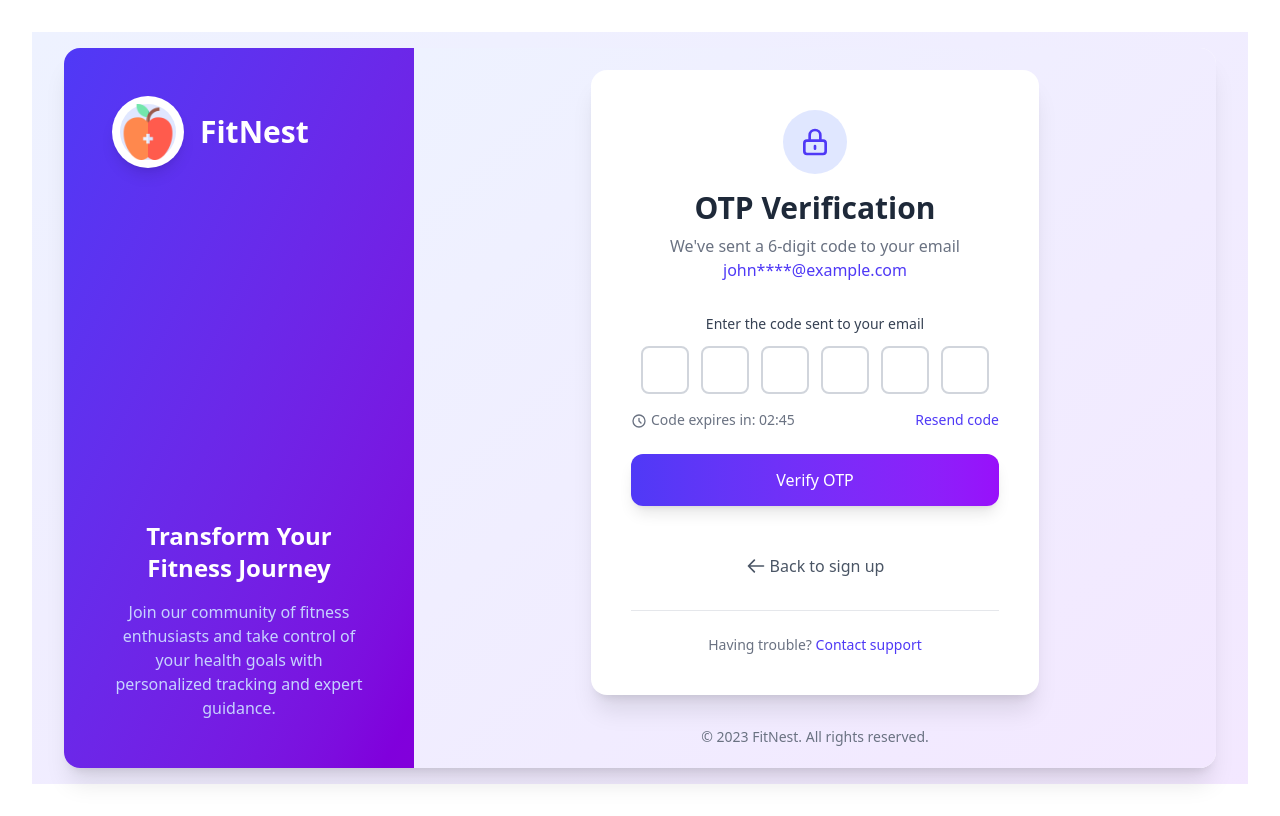
Repository: aryan151pratap/FitPanda
Page: / (app in frontened/), after clicking the first element matching `button.w-full`
These files come from the project's save history. The page is drawn as it stood at one moment and after the next save; the edit follows.
The browser window is 1280 px wide. The pictures show the whole page.
The project was rebuilt for these pictures with package versions that can differ from the ones it lists, and the page was loaded fresh each time. Also part of the build but not shown: frontened/vite.config.js.

Above is the page before, as saved 2025-06-03 23:48:50.

After the next save:
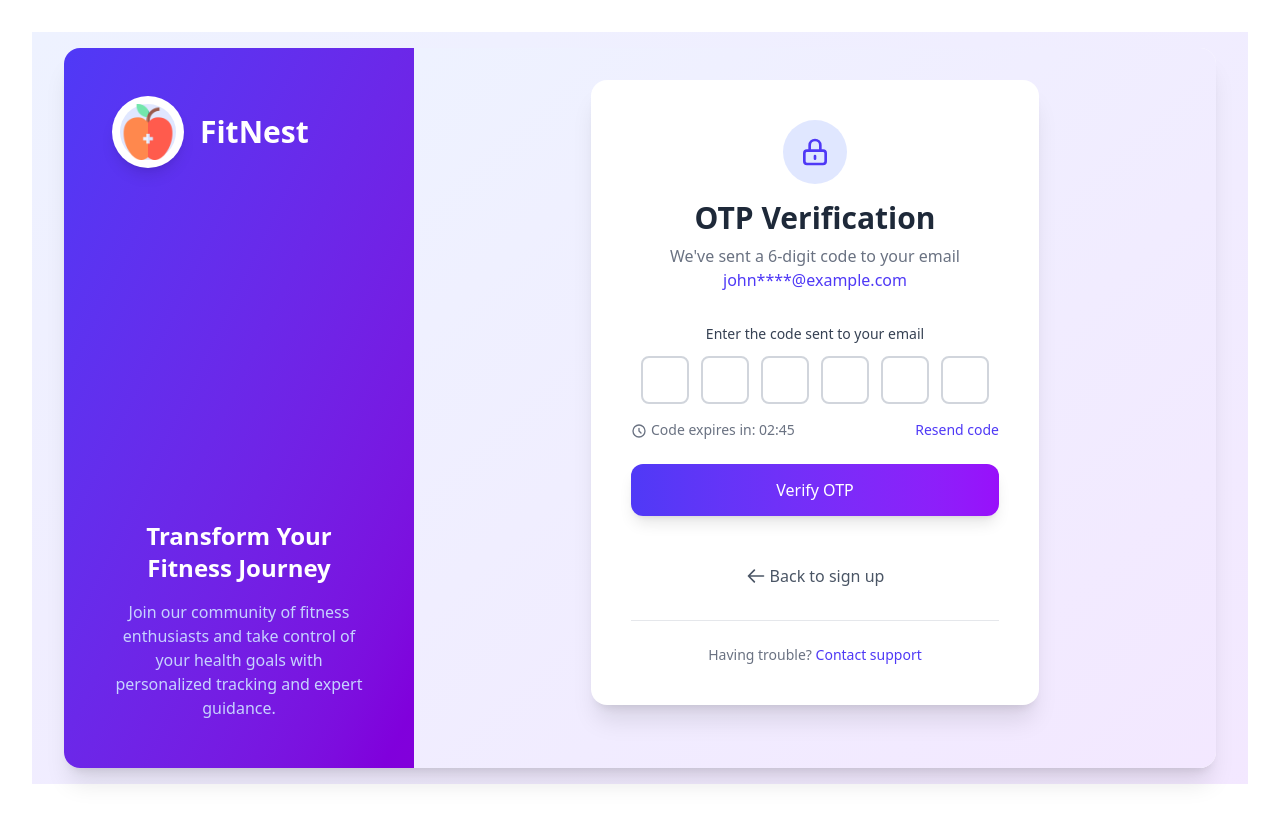
Saved 45 s later.
--- a/frontened/src/login/otp.jsx
+++ b/frontened/src/login/otp.jsx
@@ -78,9 +78,7 @@ function Otp() {
         </div>
 
         <div className="mt-8 text-center">
-          <p className="text-gray-500 text-sm">
-            © 2023 FitNest. All rights reserved.
-          </p>
+
         </div>
       </div>
     </div>
